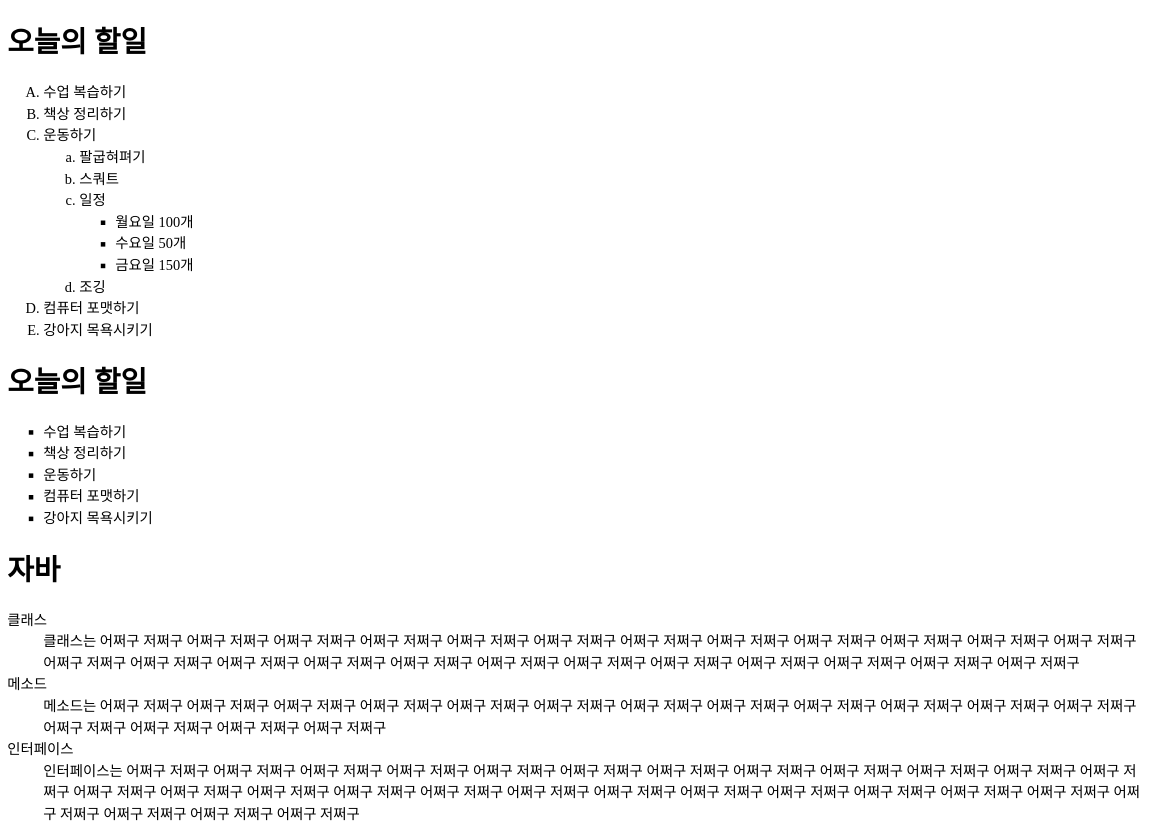
Repository: chanjin5212/Full-Stack-study
Page: client/ClientTest/src/main/webapp/html/ex10_list.html
These files come from the project's save history. The page is drawn as it stood at one moment and after the next save; the edit follows.
The browser window is 1280 px wide. The pictures show the whole page, at 90% of full size.

Above is the page before, as saved 2022-05-24 01:46:24.

After the next save:
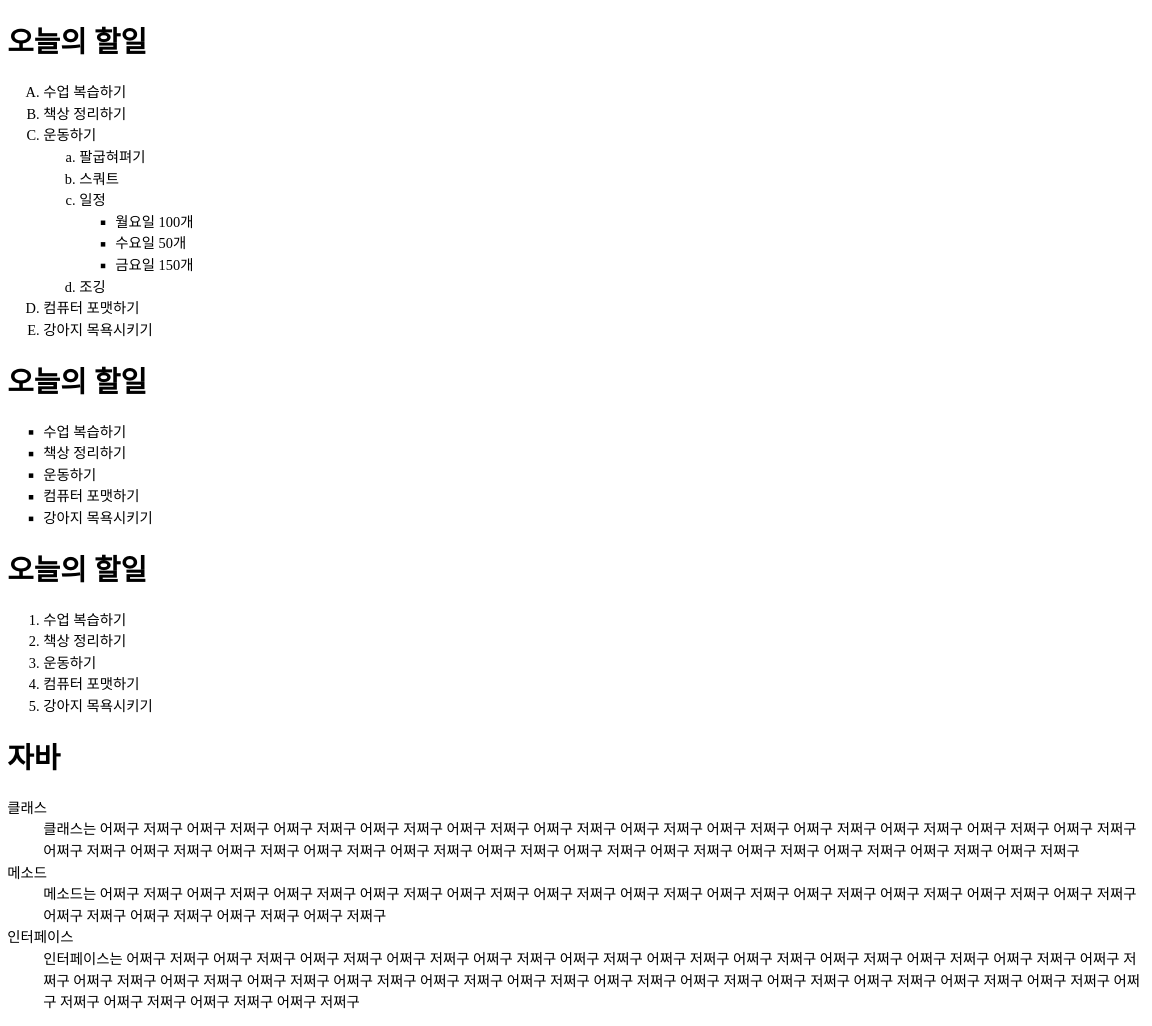
Saved 22 s later.
--- a/client/ClientTest/src/main/webapp/html/ex10_list.html
+++ b/client/ClientTest/src/main/webapp/html/ex10_list.html
@@ -61,6 +61,16 @@
 	 	<li>강아지 목욕시키기</li>
 	 </ul>
 
+	 <h1>오늘의 할일</h1>
+	 <!-- 불릿(Bullet) -->
+	 <ol>
+	 	<li>수업 복습하기</li>
+	 	<li>책상 정리하기</li>
+	 	<li>운동하기</li>
+	 	<li>컴퓨터 포맷하기</li>
+	 	<li>강아지 목욕시키기</li>
+	 </ol>
+
 	 <h1>자바</h1>
 
 	 <dl>
